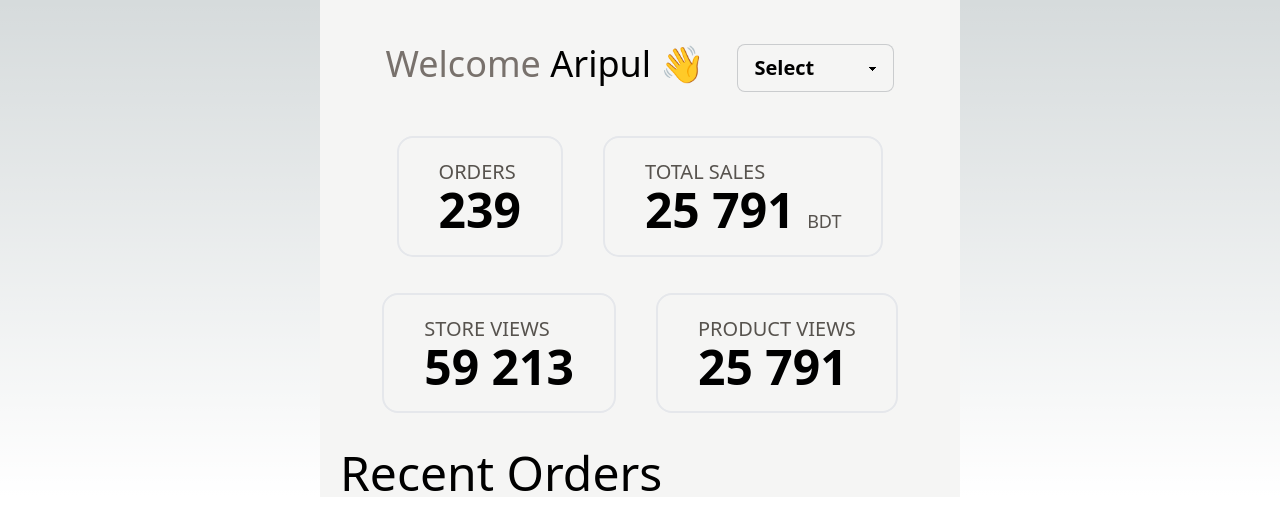
Repository: mehedi9465/nextapp
Page: /Dashboard
An editor plug-in stored every save of this project. The page is shown before and after the next save, followed by the edit.
The browser window is 1280 px wide. The pictures show the whole page.
The project was rebuilt for these pictures with package versions that can differ from the ones it lists, and the page was loaded fresh each time. The framework's server and built-in components were replaced by stand-ins that run in the browser. Also part of the build but not shown: next.config.js, Components/Navbar.js.

Above is the page before, as saved 2023-03-04 15:52:52.

After the next save:
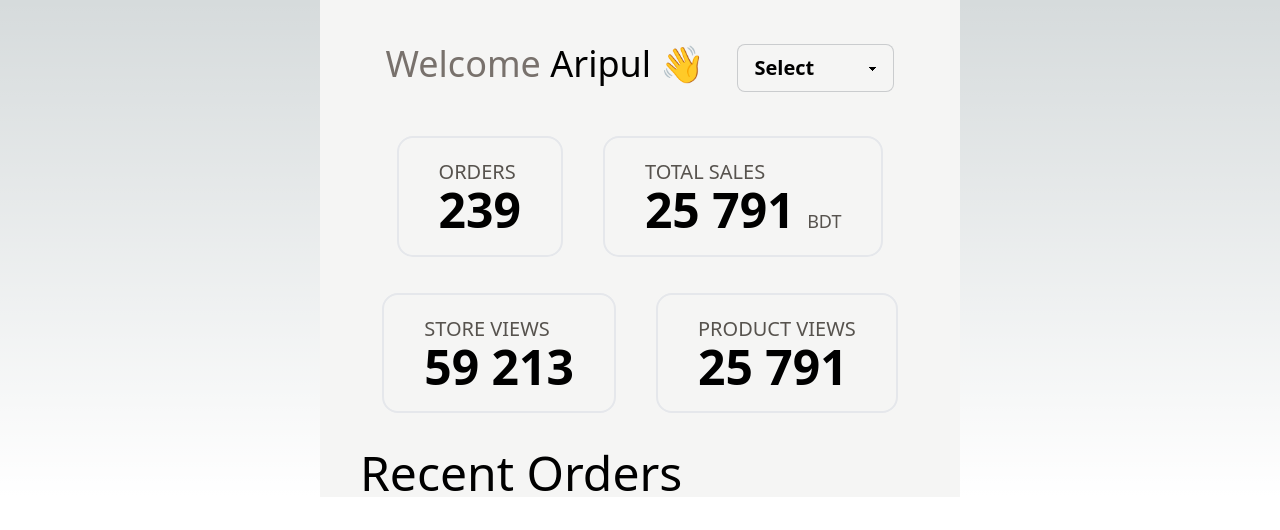
Saved 5 s later.
--- a/pages/Dashboard/index.js
+++ b/pages/Dashboard/index.js
@@ -52,7 +52,7 @@ const index = () => {
           </div>
         </div>
         <div>
-          <h1 className="text-5xl mx-5">Recent Orders</h1>
+          <h1 className="text-5xl mx-10">Recent Orders</h1>
         </div>
       </div>
     </>
